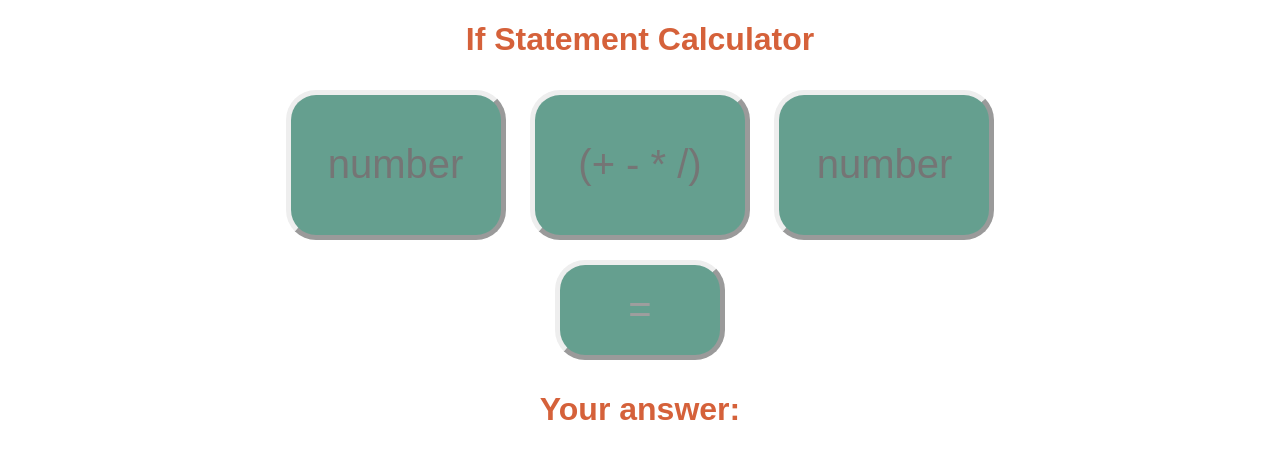
Repository: WesleyErasmus/threeInputCalculator
Page: html/if-calculator.html
The author's editor kept a copy of each file at every save. The page is drawn from the files as they stood at one save, then again after the next save.
The browser window is 1280 px wide. The pictures show the whole page.

Above is the page before, as saved 2022-04-27 22:35:12.

After the next save:
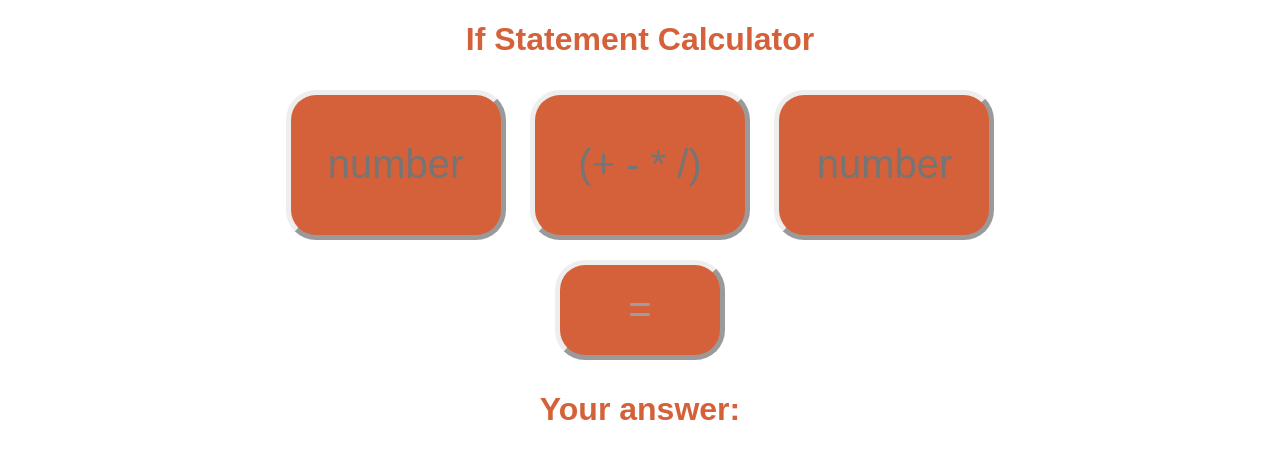
Saved 37 s later.
--- a/css/stylesheet.css
+++ b/css/stylesheet.css
@@ -9,7 +9,7 @@ display: block;
 margin: 0 auto;
 }
 input {
-    background-color: #659f8f;
+    background-color: #d5613a;
     width: 170px;
     height: 100px;
     padding: 20px;
@@ -20,7 +20,7 @@ input {
     border: 5px outset;
 }
 button {
-    background-color: #659f8f;
+    background-color: #d5613a;
     color: #9e9e9e;
     width: 170px;
     height: 100px;

After the save that followed:
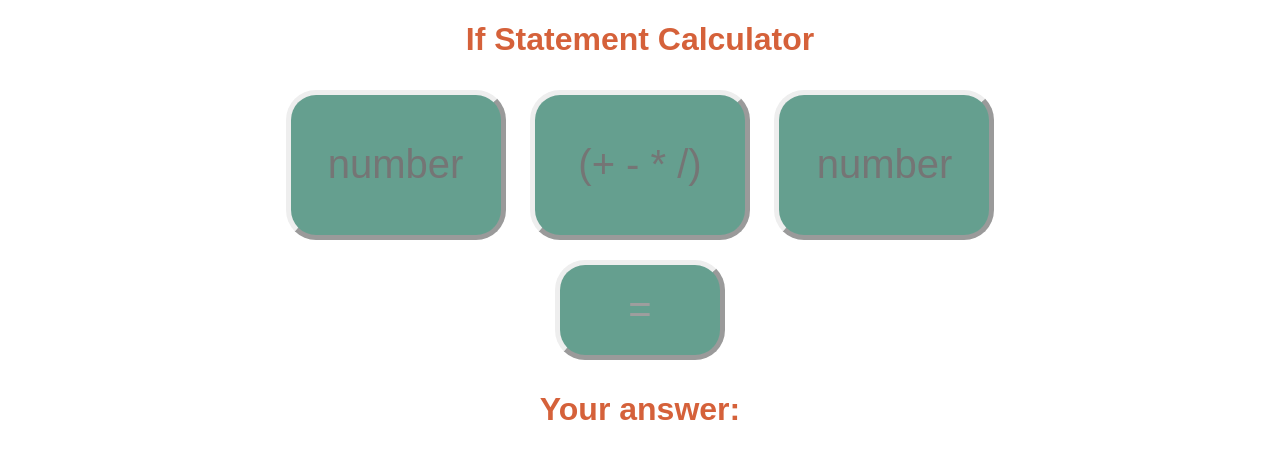
Saved 10 s later.
--- a/css/stylesheet.css
+++ b/css/stylesheet.css
@@ -9,7 +9,7 @@ display: block;
 margin: 0 auto;
 }
 input {
-    background-color: #d5613a;
+    background-color: #659f8f;
     width: 170px;
     height: 100px;
     padding: 20px;
@@ -20,7 +20,7 @@ input {
     border: 5px outset;
 }
 button {
-    background-color: #d5613a;
+    background-color: #659f8f;
     color: #9e9e9e;
     width: 170px;
     height: 100px;
